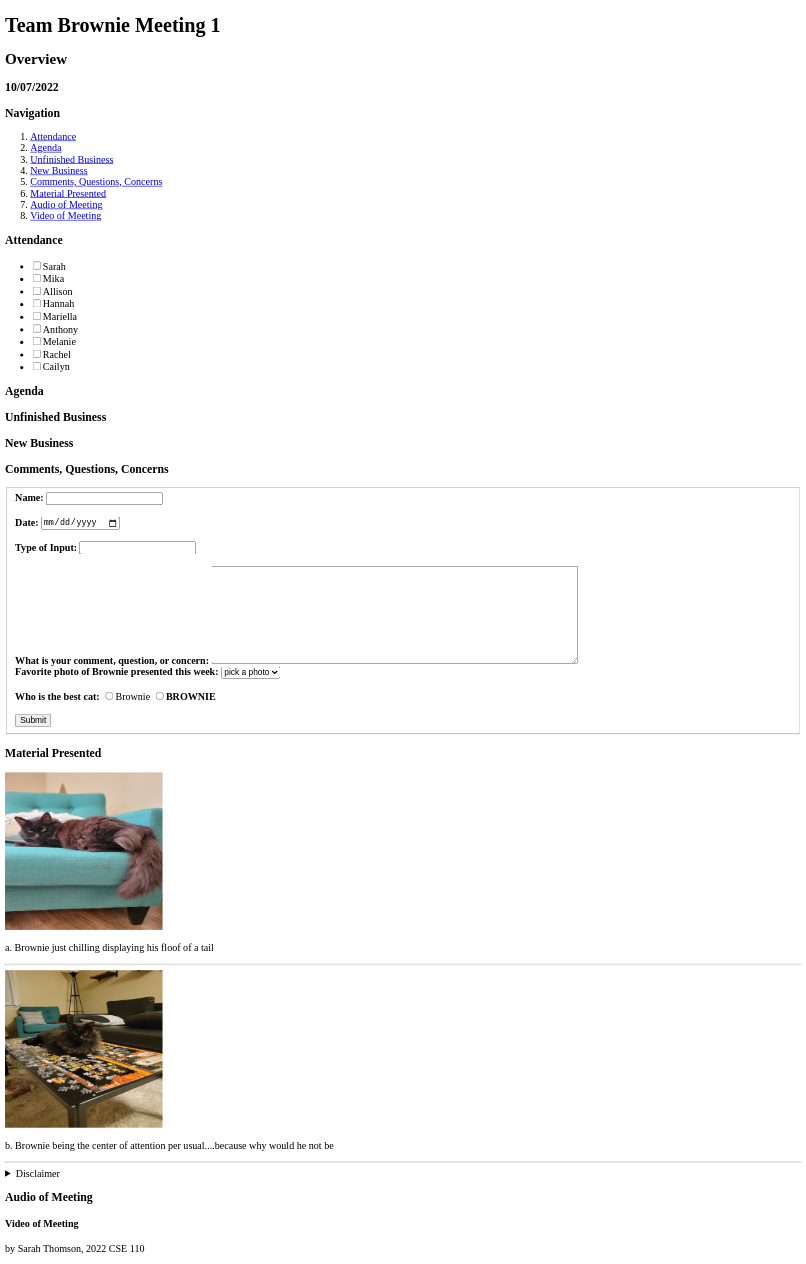
Repository: sarahtthomson/fa22-cse110-lab3
Page: index.html
An editor plug-in stored every save of this project. The page is shown before and after the next save, followed by the edit.
The browser window is 1280 px wide. The pictures show the whole page, at 63% of full size.

Above is the page before, as saved 2022-10-08 19:13:22.

### index.html
<!DOCTYPE html>
<html lang="en">
    <head>
        <Title>Team Brownie</Title>
        <meta name="description" content="Meeting minutes for Team Brownie">
        <link rel="icon" href="favicon.ico">
    </head>
    <body>
        <header>
            <h1>Team Brownie Meeting 1</h1>
            <h2>Overview</h2>
            <h3>10/07/2022</h3>
        </header>
        <main>
            <nav class="nav">
                <h3>Navigation</h4>
                <ol>
                    <li><a href="#Attendance" >Attendance</a></li>
                    <li><a href="#Agenda">Agenda</a></li>
                    <li><a href="#Unfinished">Unfinished Business</a></li>
                    <li><a href="#New">New Business</a></li>
                    <li><a href="#Comments">Comments, Questions, Concerns</a></li>
                    <li><a href="#Material">Material Presented</a></li>
                    <li><a href="#Audio">Audio of Meeting</a></li>
                    <li><a href="#Video">Video of Meeting</a></li>
                </ol>
            </nav>
            <div class="Attendance" id="Attendance">
                <h3>Attendance</h3>
                <ul>
                    <li><input type="checkbox">Sarah</li>
                    <li><input type="checkbox">Mika</li>
                    <li><input type="checkbox">Allison</li>
                    <li><input type="checkbox">Hannah</li>
                    <li><input type="checkbox">Mariella</li>
                    <li><input type="checkbox">Anthony</li>
                    <li><input type="checkbox">Melanie</li>
                    <li><input type="checkbox">Rachel</li>
                    <li><input type="checkbox">Cailyn</li>
                </ul>
            </div>
            <div class="Agenda" id="Agenda">
                <h3>Agenda</h3>

            </div>
            <div class="Unfinished" id="Unfinished">
                <h3>Unfinished Business</h3>
            </div>
            <div class="New" id="New">
                <h3>New Business</h3>
            </div>
            <div class="Comments" id="Comments">
                <h3>Comments, Questions, Concerns</h3>
                <form method="get" class="cqc" id="form">
                    <fieldset>
                        <label for="name"><b>Name:</b></label>
                        <input type="text" name="name" id="name">
                        <br>
                        <br>
                        <label for="date"><b>Date:</b></label>
                        <input type="date" name="date" id="date">
                        <br>
                        <br>
                        <label for="cqorc"><b>Type of Input:</b></label>
                        <input list="type-of-input" id="choice" name="choice">
                        <br>
                        <datalist id="type-of-input">
                            <option value="comment">
                            <option value="question">
                            <option value="concern">
                        </datalist>
                        <br>
                        <label for="textbox"><b>What is your comment, question, or concern:</b></label>
                        <textarea id="textbox" name="textbox" rows="10" cols="70"></textarea>
                        <br>
                        <label for="best-photo"><b>Favorite photo of Brownie presented this week:</b></label>
                        <select name="photos" id="photo-select">
                            <option value="">pick a photo</option>
                            <option value="a">a</option>
                            <option value="b">b</option>
                            <option value="c">c</option>
                            <option value="d">d</option>
                            <option value="e">e</option>
                        </select>
                        <br>
                        <br>
                        <label for="best"><b>Who is the best cat:</b></label>
                        <input type="radio" id="brownie" name="cat"><label for="brownie">Brownie</label>
                        <input type="radio" id="brownie!" name="cat"><label for="brownie!"><strong>BROWNIE</strong></label>
                        <br>
                        <br>
                        <button type="submit" form="form">Submit</button>
                    </fieldset>
                </form>
            </div>
            <div class="Material" id="Material">
                <h3>Material Presented</h3>
                <img height="250" width="250" src="cat.jpg">
                <p>a. Brownie just chilling displaying his floof of a tail</p>
                <hr>
                <img height="250" width="250" src="cat1.jpg">
                <p>b. Brownie being the center of attention per usual....because why would he not be</p>
                <hr>
                <details><summary>Disclaimer</summary>There are only 5 photos of the week because Brownie will not work on weekends</details>
            </div>
            <div class="Audio" id="Audio">
                <h3>Audio of Meeting</h3>
            </div>
            <div class="Video" id="Video">
                <h4>Video of Meeting</h4>
            </div>
        </main>
        <footer>
            <p>by Sarah Thomson, 2022 CSE 110</p>
        </footer>

    </body>
</html>

After the next save:
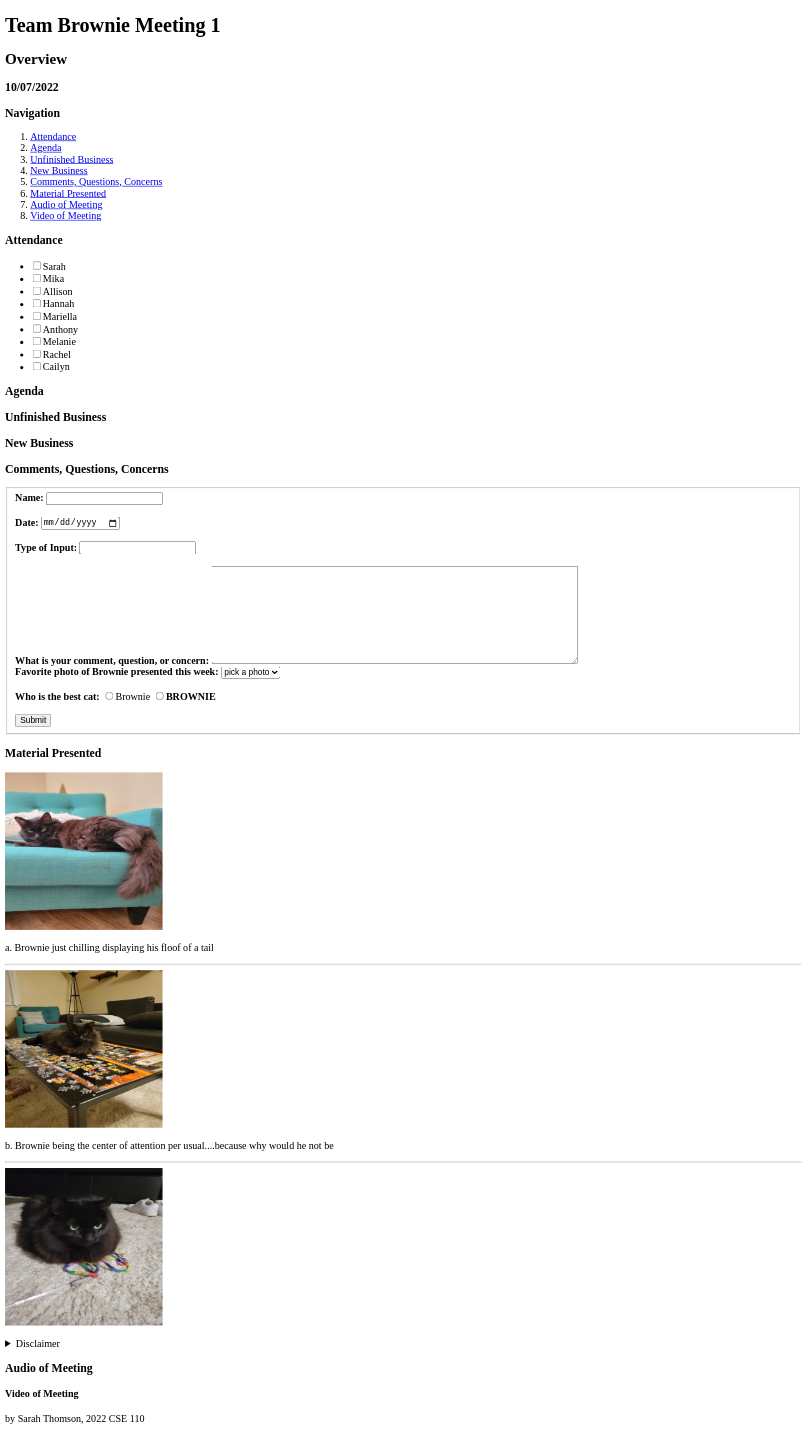
Saved 46 s later.
--- a/index.html
+++ b/index.html
@@ -101,6 +101,8 @@
                 <img height="250" width="250" src="cat1.jpg">
                 <p>b. Brownie being the center of attention per usual....because why would he not be</p>
                 <hr>
+                <img height="250" width="250" src="cat2.jpg">
+                <p></p>
                 <details><summary>Disclaimer</summary>There are only 5 photos of the week because Brownie will not work on weekends</details>
             </div>
             <div class="Audio" id="Audio">
